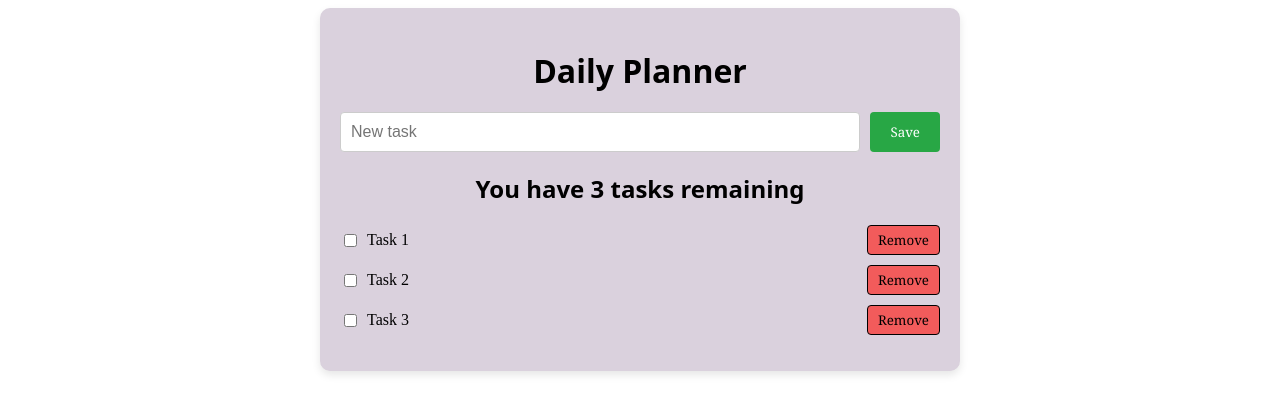
Repository: k8ANStar/lab04-daily-planner
Page: /
These files come from the project's save history. The page is drawn as it stood at one moment and after a run of saves; the edit follows.
The browser window is 1280 px wide. The pictures show the whole page.
The project was rebuilt for these pictures with package versions that can differ from the ones it lists, and the page was loaded fresh each time. Also part of the build but not shown: vite.config.js.

Above is the page before, as saved 2024-10-13 12:41:32.

After the next 2 saves:
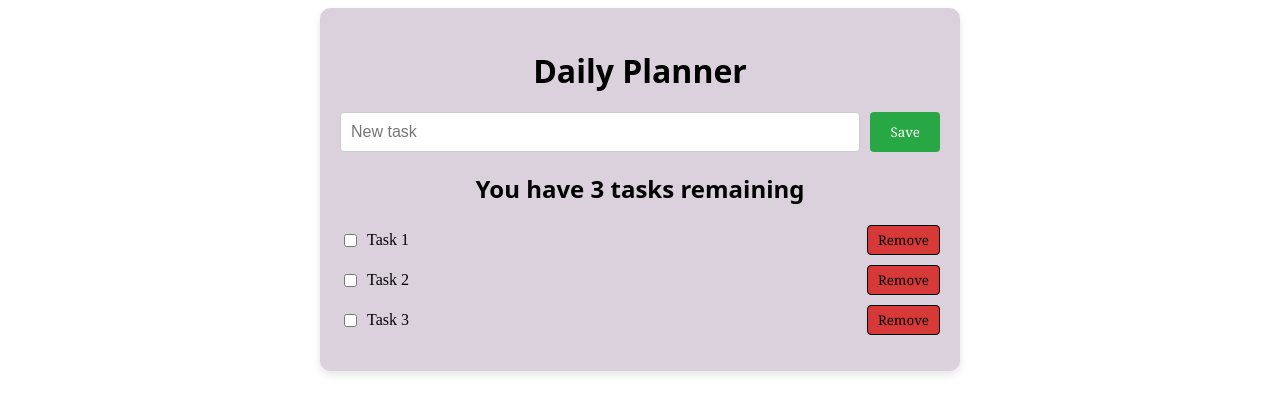
The 2 saves are shown as one change because they came seconds apart.
The last was saved 7 s later.
--- a/src/App.css
+++ b/src/App.css
@@ -71,7 +71,7 @@ h2 {
 
 .remove-btn {
 	padding: 5px 10px;
-	background-color: #f25b5b;
+	background-color: #d73838;
 	color: rgb(0, 0, 0);
 	border: solid 1px;
 	border-radius: 4px;
